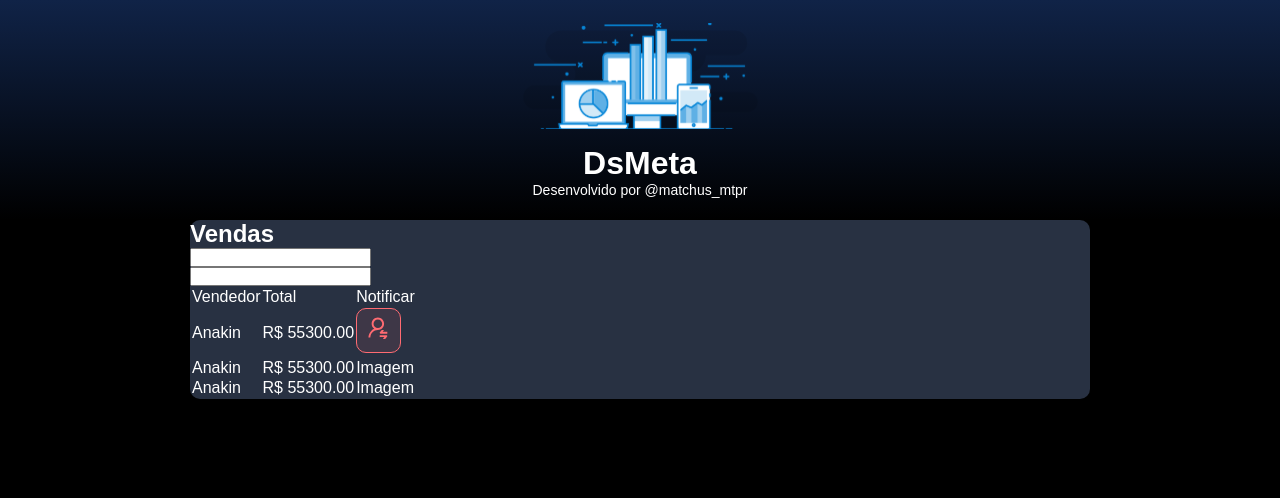
Repository: MatheusAlvesPereiraRosa/ds-meta
Page: index.html
The author's editor kept a copy of each file at every save. The page is drawn from the files as they stood at one save, then again after the next save.
The browser window is 1280 px wide. The pictures show the whole page.

Above is the page before, as saved 2022-09-01 11:50:46.

After the next save:
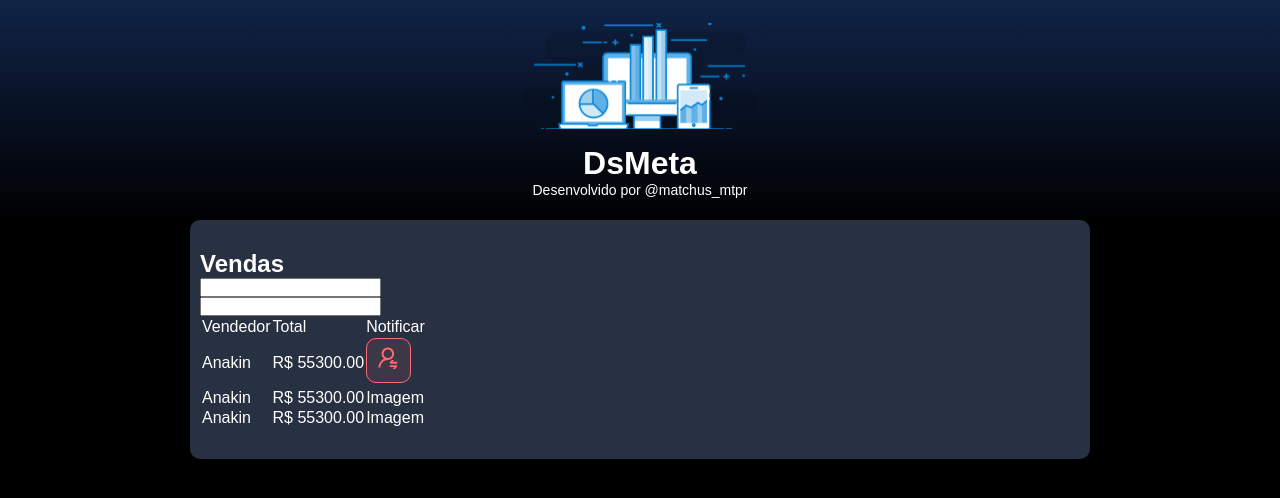
Saved 32 s later.
--- a/styles.css
+++ b/styles.css
@@ -47,6 +47,7 @@ a, a:hover, a:visited {
 .dsmeta-card {
     background-color: #283142;
     border-radius: 10px;
+    padding: 30px 10px;
 }
 
 .dsmeta-container {
